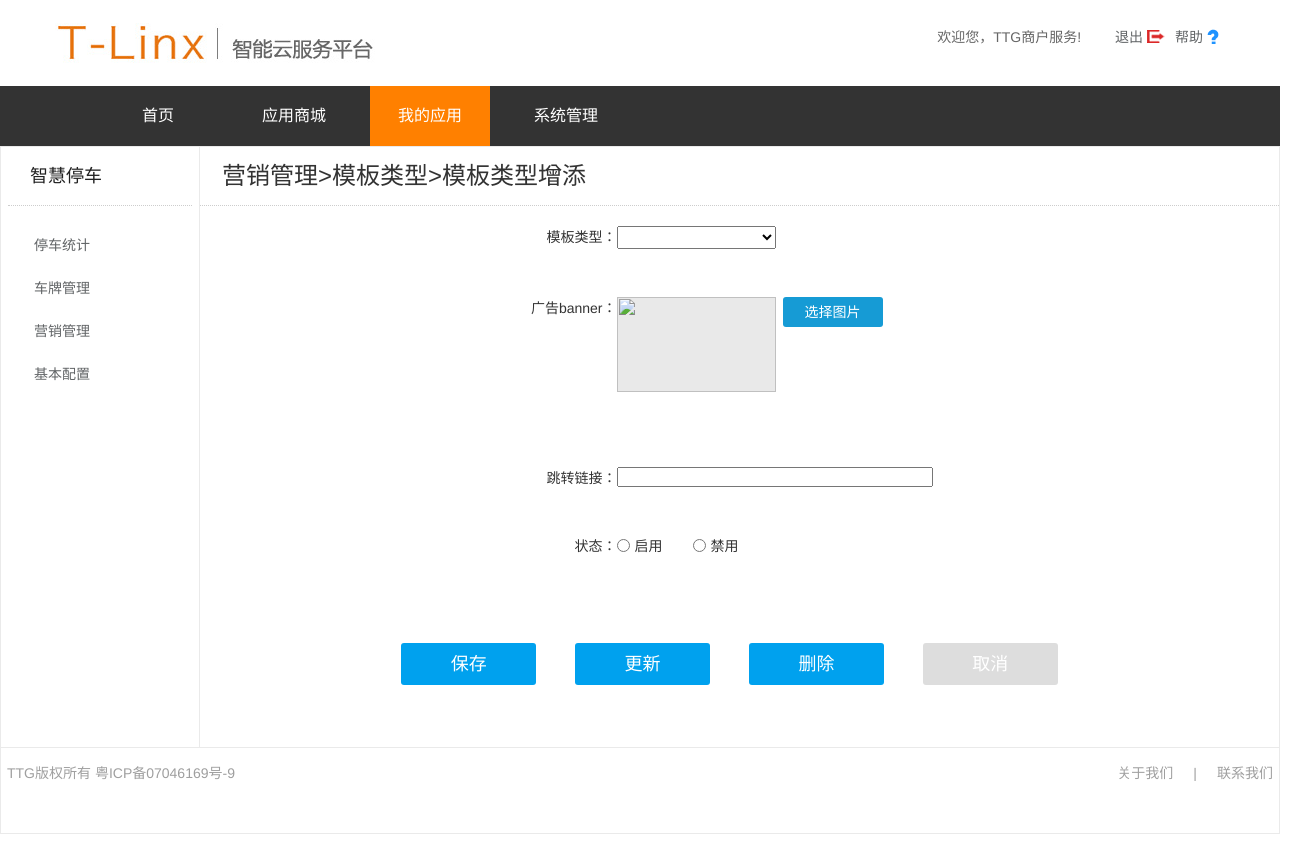
Repository: Keori/ParkCar
Page: admin/商户云/智慧停车/ManageChild.html
These files come from the project's save history. The page is drawn as it stood at one moment and after the next save; the edit follows.
The browser window is 1280 px wide. The page is 1293 px wide, so the pictures cover 1293 px, including what lies to the right of the window. The pictures show the whole page.

Above is the page before, as saved 2018-12-25 19:57:45.

### admin/商户云/智慧停车/ManageChild.html
<!DOCTYPE html>
<html lang="en">
<head>
    <meta charset="utf-8">
    <meta name="viewport" content="initial-scale=1.0,width=device-width" />
    <meta name="keywords" content="" />
    <meta name="description" content="" />
    <title>会员卡</title>
    <link href="../css/reset.css" type="text/css" rel="stylesheet"/>
    <link href="../css/layout.css" type="text/css" rel="stylesheet"/>
    <script type="text/javascript" src="../js/jquery-3.1.1.min.js"></script>
    <script type="text/javascript" src="../js/vue.js"></script>
    <!-- <script type=text/javascript>
        // $(document).ready(function() {
        //     $(".select select").selectbox();
        // });
        function previewImage(file)
        {
            let div = document.getElementById('preview');
            if (file.files && file.files[0])
            {
                div.innerHTML ='<img id=imghead>';
                let img = document.getElementById('imghead');
                // img.onload = function(){
                //     let rect = clacImgZoomParam(MAXWIDTH, MAXHEIGHT, img.offsetWidth, img.offsetHeight);
                //     img.width  =  rect.width;
                //     img.height =  rect.height;
                //     img.style.marginTop = rect.top+'px';
                // };
                let reader = new FileReader();
                reader.onload = function(evt){img.src = evt.target.result;};
                reader.readAsDataURL(file.files[0]);
            }
            else
            {
                let sFilter='filter:progid:DXImageTransform.Microsoft.AlphaImageLoader(sizingMethod=scale,src="';
                file.select();
                let src = document.selection.createRange().text;
                div.innerHTML = '<img id=imghead>';
                let img = document.getElementById('imghead');
                img.filters.item('DXImageTransform.Microsoft.AlphaImageLoader').src = src;
                let rect = clacImgZoomParam(MAXWIDTH, MAXHEIGHT, img.offsetWidth, img.offsetHeight);
                status =('rect:'+rect.top+','+rect.left+','+rect.width+','+rect.height);
                div.innerHTML = "<div id=divhead style='width:"+rect.width+"px;height:"+rect.height+"px;margin-top:"+rect.top+"px;"+sFilter+src+"\"'></div>";
            }
        }
        function clacImgZoomParam( maxWidth, maxHeight, width, height ){
            let param = {top:0, left:0, width:width, height:height};
            if( width>maxWidth || height>maxHeight )
            {
                rateWidth = width / maxWidth;
                rateHeight = height / maxHeight;

                if( rateWidth > rateHeight )
                {
                    param.width =  maxWidth;
                    param.height = Math.round(height / rateWidth);
                }else
                {
                    param.width = Math.round(width / rateHeight);
                    param.height = maxHeight;
                }
            }
            param.left = Math.round((maxWidth - param.width) / 2);
            param.top = Math.round((maxHeight - param.height) / 2);
            return param;
        }
    </script> -->
</head>
<body>
<header class="header index_header">
    <div class="top w1170">
        <div class="logo"><i></i><img src="../images/logo.jpg" alt=""/></div>
        <div class="top_right">欢迎您，TTG商户服务! <span class="icon out_icon"><a href="">退出<code></code></a></span><span class="icon help_icon"><a href="">帮助<code></code></a></span></div>
    </div>

    <menu class="menu">
        <div class="w1170">
            <ul>
                <li><a href="">首页</a></li>
                <li><a href="">应用商城</a></li>
                <li class="on"><a href="">我的应用</a></li>
                <li><a href="">系统管理</a></li>
            </ul>
        </div>
    </menu>
</header>
<section id="content" class="content content1170">
    <aside class="left_con">
        <div class="left_con_tit borderb">智慧停车</div>

        <ul>
            <li><a href="ParkComputed.html">停车统计</a></li>
            <li><a href="ParkManage.html">车牌管理</a></li>
            <li>
                <h1><a class='pagetitle' href="javascript:;" @click='ManageType'>营销管理</a><i></i></a>
                <div class='secondary' v-show='type'>
                    <h2 :class="{active:changeGray===1}" @click='change(1)'>
                        <a class='nextselect' href="Manage.html">
                            <span class='blockText'>模板类型</span>
                        </a>
                    </h2>
                    <h2 :class="{active:changeGray===2}" @click='change(2)'>
                        <a class='nextselect' href="Manage2.html">
                            <span class='blockText'>广告类型</span>
                        </a>
                    </h2>
                </div>
            </li>
            <li><a href="Basic.html">基本配置</a></li>
        </ul>
    </aside>
    <section id="boxRight" class="boxRight">
        <div class="boxRight_tit f1 borderb">营销管理>模板类型>模板类型增添</div>
        <article class="boxRightCon">
            <ul class="sel_mod">
                    <li>
                        <span class="name sel_th2">模板类型：</span>
                        <div class='selectSet'>
                            <select name="" id="select" @onchange='selectmes($event)'>
                                <!-- <option value="-1">--请选择--</option> -->
                                <option value="0" v-for='option in options'></option>
                            </select>
                        </div>
                    </li>
                    <li>
                        <span class="name sel_th2">广告banner：</span>
                        <div class="selectionDisplay" id="preview"><img :src="updataMessage.templateImg" alt=""></div>
                        <div class="formInlineBlock jb_btn filePic"><input @change="upImg($event,'front')" name="file" type="file" id="filepic" accept="image/png, image/jpeg, image/gif, image/jpg"/><label for="filepic" class="changeColor">选择图片</label></div></li>
                    <li>
                        <span class="name sel_th2">跳转链接：</span>
                        <span class="radioBox"><input name="radio" id="radio3" class="write" checked v-model='updataMessage.templateUrl'/></span>
                    </li>
                    <li>
                        <span class="name sel_th2">状态：</span>
                        <span class="radioBox"><input value=2 name="radio" type="radio" id="radio1" checked  v-model='updataMessage.templateStatus'/><label for="radio1">启用</label></span>
                        <span class="radioBox"><input value=3 name="radio" type="radio" id="radio2" v-model='updataMessage.templateStatus' /><label for="radio2">禁用</label></span>
                    </li>
                </ul>
            <div class="clear"></div>
        </article>
        <div class="vip_btn center">
            <div class="btn fabu_btn"><a @click='save'>保存</a></div>
            <div class="btn fabu_btn"><a @click='updatas'>更新</a></div>
            <div class="btn fabu_btn"><a @click='removes'>删除</a></div>
            <div class="btn save_btn"><a class='close'>取消</a></div>
        </div>
    </section>
    <footer class="footer">
        <div class="w1000">
            <p class="footer_a fl">TTG版权所有   粤ICP备07046169号-9</p>
            <p class="footer_b fr"><a href="">关于我们</a>|<a href="">联系我们</a></p>
        </div>
    </footer>
</section>
<script type='text/javascript'>
new Vue({
    el: '#content',
    data(){
        return{
            options:[
                1
            ],
            changeGray: '',
            type: false,
            add:[],
            stora: {},
            remove: {},
            updata: {},
            id: '',
            Img:'',
            formData: new FormData(),
            updataMessage: {
                id: "",
                templateId: "",
                templateName: "",
                templateUrl: "",
                templateImg: "",
                templateStatus:"" ,
                tempCategoryCode: "",
                note: "",
            }
        }
    },
    methods:{
        save(){
            let params = JSON.stringify(this.updataMessage)
            $.ajax({
            url: 'http://q214e81040.iask.in:32642/merchant/Advertisement/add',
            type: 'post',
            contentType: 'application/json;charset=uft-8',
            data: params,
            statusCode: {
            404:() => {
                alert('网络错误') //报错提示
            }
                },
            success:(params) => {
                this.add = params
                console.log(this.add)
                // window.location.href='Manage.html'
            }
        })
        },
        updatas(){
            let url = location.search
            this.id = url.split('?=')[1]
            console.log(this.id);
            let params = JSON.stringify({})
            $.ajax({
                url: 'http://q214e81040.iask.in:32642/merchant/Advertisement/info/' + this.id,
                type: 'get',
                statusCode: {
                    404:() => {
                        alert('网络错误')
                    }
                },
                success:(params) => {
                    this.stora = params.data
                    console.log(this.stora);
                    let param = JSON.stringify({})
                    $.ajax({
                    url:'http://q214e81040.iask.in:32642/merchant/Advertisement/update',
                    type: 'patch',
                    contentType: 'application/json;charset=uft-8',
                    data:params,
                    statusCode:{
                        404:() => {
                            alert('网络错误')
                        }
                    },
                    success:(params) => {
                        this.updata = params
                        console.log(this.updata)
                        // window.location.href='Manage.html'
                    }
                    })
                }
            })
        },
        removes(){
            let url = location.search
            this.id = url.split('?=')[1]
            console.log(this.id);
            let params = JSON.stringify({})
            $.ajax({
            url: 'http://q214e81040.iask.in:32642/merchant/Advertisement/delete/' + this.id,
            type: 'delete',
            statusCode: {
                404:() => {
                    alert('网络错误')
                }
            },
            success:(params) => {
                this.remove = params.data
                console.log(this.remove);
            }
        })
        },
        ManageType(){
            if(this.type === false){
                this.type = true
            }else{
                this.type = false
            }
        },
        change(num){
            this.changeGray = num
        },
        upImg($event,type){
				var that = this;
				// 阻止默认事件
				event.preventDefault();
				var file = event.target.files[0];
				var percentage;
				if(file.size > 52428800) {
					return false;
				} else if(file.size < 51200) {
					percentage = .7
				} else if(file.size > 307200) {
					percentage = .4
				} else {
					percentage = .5
				}
				var reader = new FileReader();
				reader.readAsDataURL(file);
				reader.onload = function(e) {
					var canvas = document.createElement('canvas');
					var cxt = canvas.getContext('2d');
					var img = new Image();
					img.src = this.result;
					img.onload = function() {
						var w = img.width;
						var h = img.height;
						canvas.width = w;
						canvas.height = h;
						cxt.drawImage(img, 0, 0, w, h);
						//获取base64路径
						var basestr = canvas.toDataURL(file.type, percentage);
						var text = window.atob(basestr.split(",")[1]);
						var buffer = new Uint8Array(text.length);
						for(var i = 0; i < text.length; i++) {
							buffer[i] = text.charCodeAt(i);
						}
						var blob = getBlob([buffer], file.type);
						that.formData.set('file',blob,file.name); //传文件到formdata
						var Form = that.formData;
                        $.ajax({
                            url:'http://q214e81040.iask.in:32642/sys/util/upload',
                            type: 'post',
                            data: Form,
                            contentType: false,
                            processData: false,
                            statusCode:{
                                404:() => {
                                    alert('网络错误')
                                }
                            },
                            success: (params) => {
                                that.Img = params.data
                                let data1 = JSON.stringify({"filename":that.Img})
                                //工具接口SHOWIMG
                                var url = 'http://q214e81040.iask.in:32642/sys/util/showimg';
                                var xhr = new XMLHttpRequest();
                                xhr.open('post', url, true);
                                xhr.responseType = "blob";
                                xhr.setRequestHeader("Content-type","application/json;charset=UTF-8");
                                xhr.onload = function() {
                                    if (this.status == 200) {
                                        var blob = this.response;
                                        that.updataMessage.templateImg= window.URL.createObjectURL(blob)
                                    }
                                }
                                xhr.send(data1);
                            }
                        })
					}
				}
			},
            blobToDataURL(blob, callback) {
                let a = new FileReader();
                a.onload = function (e) { callback(e.target.result); }
                a.readAsDataURL(blob);
        },
        selectmes($event){
            let params = JSON.stringify({})
            $.ajax({
                url: 'http://q214e81040.iask.in:32642/merchant/Advertisement/category/list',
                type: 'get',
                contentType: 'application/json;charset=uft-8',
                data: params,
                statusCode:{
                    404:() => {
                        alert('网络错误')
                    }
                },
                success:(params) => {
                    this.options = params
                    console.log(this.options)
                }
            })
        }
    },
    created(){
    }
})
	/**
	 * 获取blob对象的兼容性写法
	 * @param buffer
	 * @param format
	 * @returns {*}
	 */
    function getBlob(buffer, format) {
		try {
			return new Blob(buffer, {
				type: format
			});
		} catch(e) {
			var bb = new(window.BlobBuilder || window.WebKitBlobBuilder || window.MSBlobBuilder);
			buffer.forEach(function(buf) {
				bb.append(buf);
			});
			return bb.getBlob(format);
		}
	}
</script>
</body>
<style>
.nextselect{
    font-size: 14px;
}
.active{
    background: #EEEEEE
}
.blockText{
    display: block;
    width: 130px;
    height: 37.6px;
    margin: auto;
}


.selectSet{
    position: relative;
    width: 159px;
    height: 23.2px;
}
.selectSet>select{
    width: 159px;
    height: 23.2px;
    text-align: center;
    text-align-last: center;
}
.selectSet>select>option{
    text-align: center
}



.boxRightCon{
    display: flex;
    justify-content: center;
}
.save_btn>a{
    background:#DDDDDD
}
.write{
    width: 312px;
}
.sel_mod>li{
    display: flex;
    margin: 0 0 48px 0;
}
.sel_mod>li:nth-child(2){
    margin: 0 0 75px 0;
}
.changeColor{
    background: #169BD5 !important;
}
.name{
    display: block;
    width: 100px;
}
.photo{
    display: block;
    width: 300px;
    height: 150px;
    background: rgba(233,233,233,0.6);
    color: #A399A3;
    text-align: center;
    line-height: 150px;
}
.file {
    display: inline-block;
    background: #169BD5;
    border: 1px solid #99D3F5;
    border-radius: 4px;
    padding: 4px 12px;
    overflow: hidden;
    color: #FFFFFF;
    text-decoration: none;
    text-indent: 0;
    line-height: 20px;
    text-align: center;
    margin-left: 12px;
    width: 100px;
    height: 34px;
}
.file input {
    position: absolute;
    font-size: 100px;
    right: 0;
    top: 0;
    opacity: 0;
}
.file:hover {
    background: #AADFFD;
    border-color: #78C3F3;
    color: #FFFFFF;
    text-decoration: none;
}
</style>
</html>

Loaded but not shown: admin/商户云/js/jquery-3.1.1.min.js (library); admin/商户云/js/vue.js (library); admin/商户云/css/layout.css (845 lines, source omitted); admin/商户云/css/reset.css (322 lines, source omitted)

After the next save:
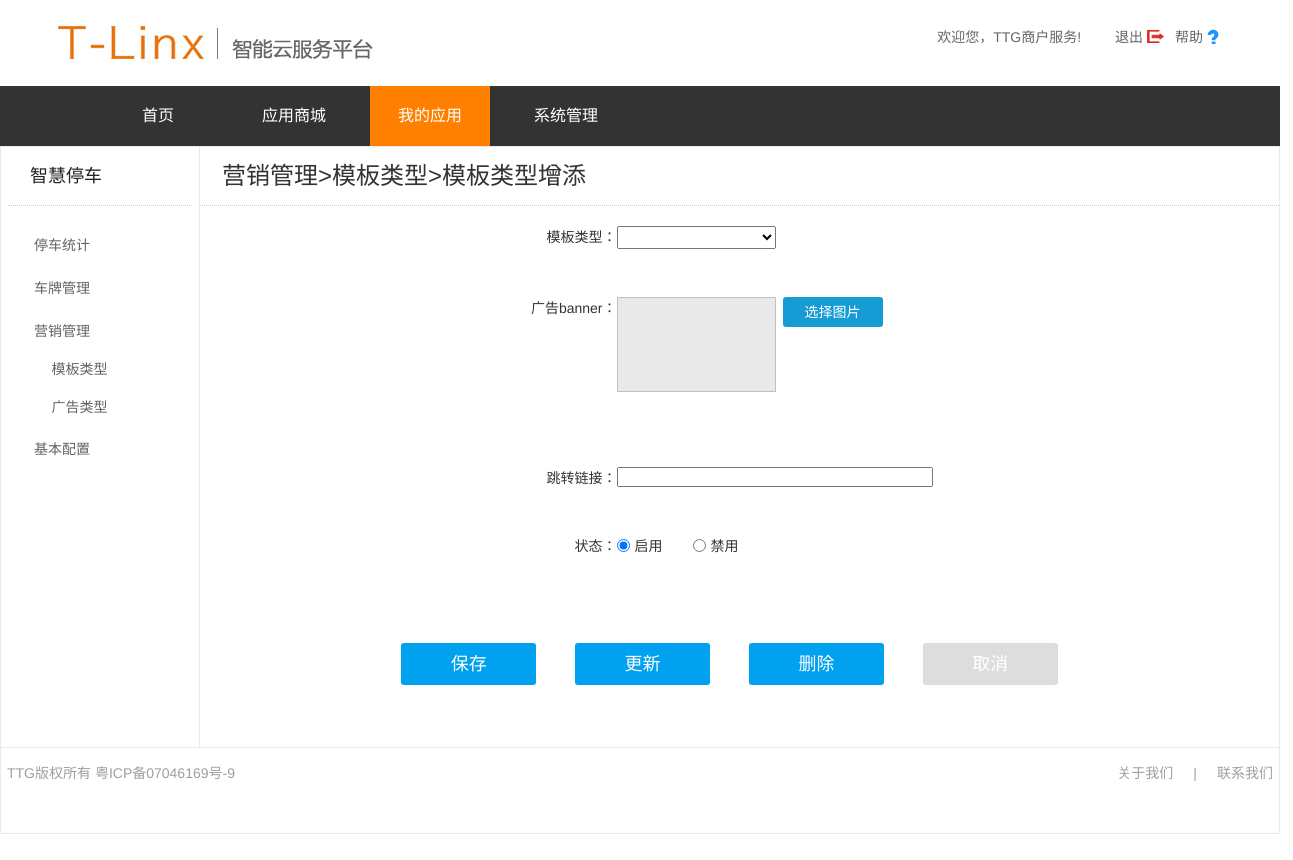
Console error: SyntaxError: Unexpected token ':'
Saved 7 s later.
--- a/admin/商户云/智慧停车/ManageChild.html
+++ b/admin/商户云/智慧停车/ManageChild.html
@@ -159,7 +159,7 @@
     data(){
         return{
             options:[
-                1
+                value: '1'
             ],
             changeGray: '',
             type: false,

After the save that followed:
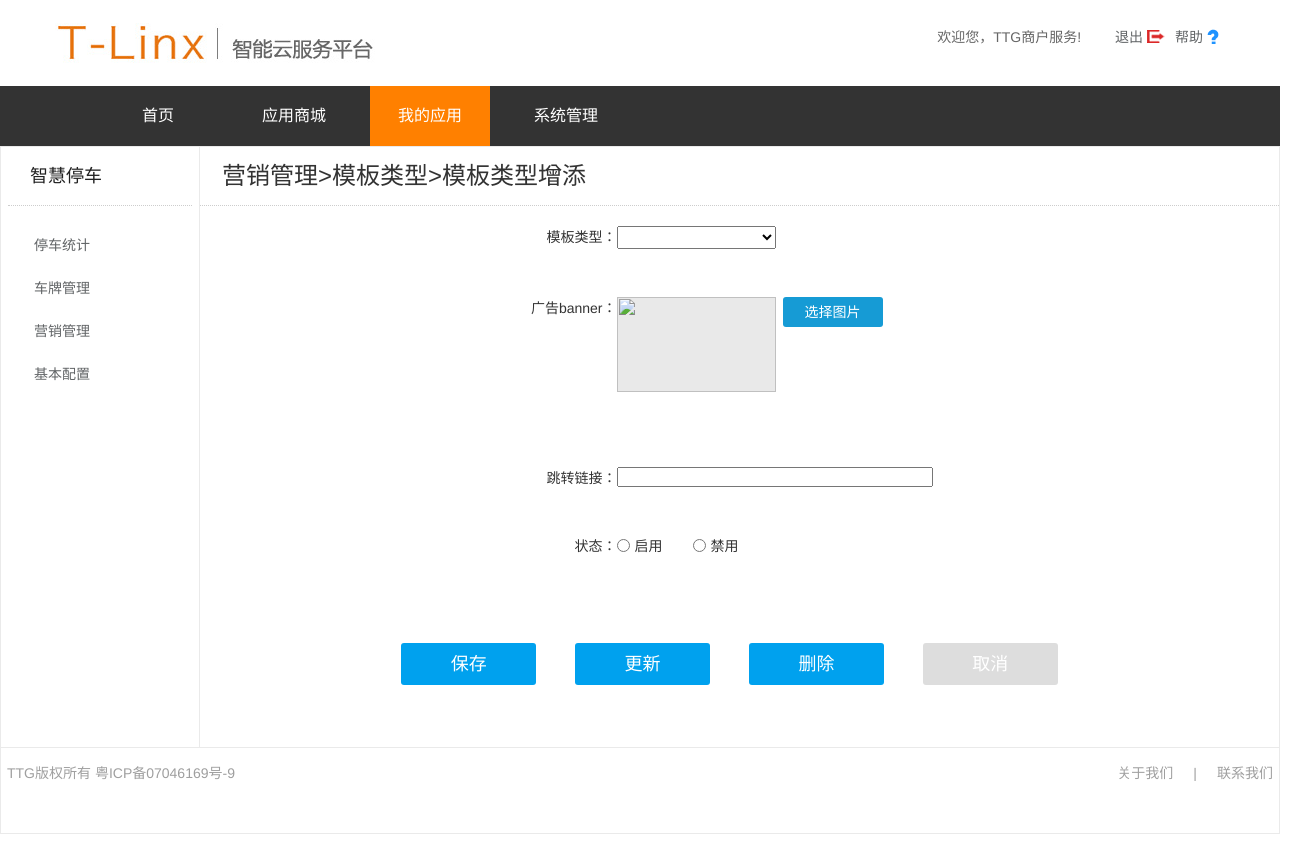
The error is gone.
Saved 6 s later.
--- a/admin/商户云/智慧停车/ManageChild.html
+++ b/admin/商户云/智慧停车/ManageChild.html
@@ -159,7 +159,7 @@
     data(){
         return{
             options:[
-                value: '1'
+                {value: '1'}
             ],
             changeGray: '',
             type: false,
